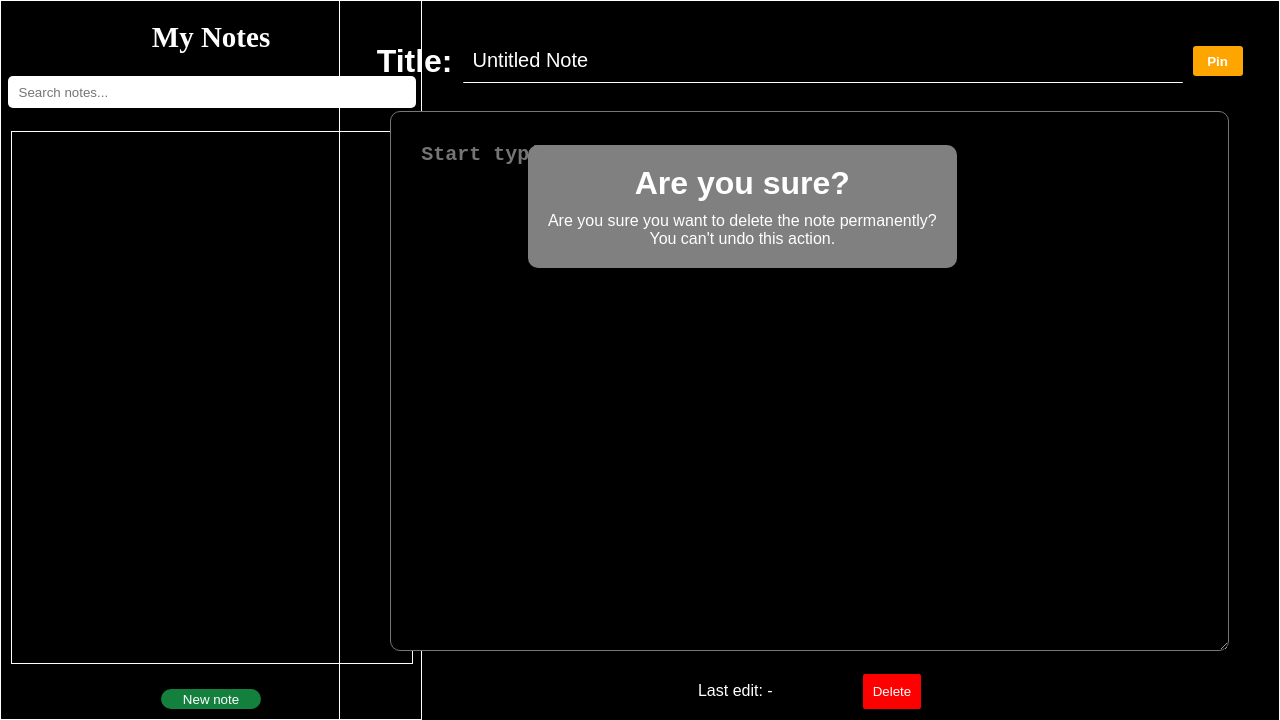
Repository: dmpelaez/myNotes
Page: QuickNotes.html
An editor plug-in stored every save of this project. The page is shown before and after the next save, followed by the edit.
The browser window is 1280 px wide. The pictures show the whole page.

Above is the page before, as saved 2025-12-18 22:01:08.

### QuickNotes.html
<!DOCTYPE html>

  <html>

    <head>

      <title>Quick Notes</title>

      <!--CSS LINK-->
      <link rel="stylesheet" href="QuickNotes.css">
    </head>
    <body>

      <!--Note section-->
      <aside class="aside-section">

        <!--My notes part-->
        <div class="myNotes">
          <p class="my-notes-text">My Notes</p>
        </div>
        <!--Search notes-->
        <div class="input-box">
          <input class="input" placeholder="Search notes...">
        </div>
        <!--Notes-->
        <div class="note-list"></div>
        <!--add button-->
        <button class="add-button">New note</button>

      </aside>

      <!---Typing section-->
      <main class="main-section">

        <!--Header-->
        <div class="header-section">
          <h1>Title:</h1>
          <input class="title-notes" placeholder="Untitled Note">
          <button class="pin-btn">Pin</button>
        </div>

        <!--text area-->
        <div class="texting-area">
          <textarea class="textarea" placeholder="Start typing..."></textarea>
        </div>

        <!---Delete button-->
        <div class="delete">
          <span class="edit">Last edit: -</span>
          <button class="delete-btn">Delete</button>
        </div>

        <div class="delete-confirm">

          <div class="modal-delete">
            <h1>Are you sure?</h1>
            <p class="sure-text">Are you sure you want to delete the note permanently?</p>
            You can't undo this action.
          </div>

        </div>

      </main>


    </body>

  </html>

### QuickNotes.css
body {
  margin: 0;
  padding: 0;
  background: black;
  box-sizing: border-box;
}
* {
  color: rgb(255, 255, 255);
}
.aside-section {
  border: 1px solid white;
  display: grid;
  width: 400px;
  position: fixed;
  bottom: 0;
  top: 0;
  grid-template-rows: 40px 30px 1fr 20px;
  padding: 10px;
  gap: 25px;

}

.my-notes-text {
  display: flex;
  margin: 0px;
  justify-self: center;
  align-self: center;
  margin-top: 10px;
}
.note-list {
  border: 1px solid white;
  width: 100%;
}

.my-notes-text {
  font-weight: bold;
  font-size: 29px;
}

.input {
  color: black;
  display: flex;
  align-self: center;
  justify-self: center;
  Width: 99%;
  height: 100%;
  border-radius: 5px;
  border: none;
  outline: none;
  padding-left: 10px;
  margin-left: 1px;
}
.input::placeholder {
  padding-left: 1px;

}

.add-button {
  width: 100px;
  display: flex;
  justify-self: center;
  background: rgb(19, 128, 61);
  border: none;
  border-radius: 10px;
  color: white;
  font-family: arial;
  align-items: center;
  justify-content: center;
  cursor: pointer;
}

.note-list {
  display: grid;
}

.main-section {
  position: fixed;
  left: 26.5%;
  border: 1px solid white;
  right: 0px;
  height: 100%;
  display: grid;
  grid-template-rows: 70px 1fr 30px;
  gap: 40px;

}

.header-section {
  display: flex;
  justify-self: center;
  align-self: center;
  gap: 10px;
  margin-top: 50px;
  align-items: center;
}
.title-notes {
  width: 700px;
  padding: 10px;
  border-radius: 1px;
  background: none;
  border: none;
  border-bottom: 1px solid white;
  outline: none;
 font-size: 20px;
 font-family: arial;
}

.title-notes::placeholder {
  color: white;
  font-family: arial;
  font-size: 20px;

}

.pin-btn {
  background: orange;
  border: none;
  border-radius: 3px;
  font-family: arial;
  font-weight: bold;
  width: 50px;
  height: 30px
}

.texting-area {
  display: flex;
  padding-right: 50px;
  padding-left: 50px;
}
.textarea {
  background: black;
  outline: none;
  display: flex;
  width: 100%;
  padding-left: 30px;
  padding-right: 80px;
  padding-top: 30px;
  line-height: 25px;
  font-size: 20px;
  font-weight: bold;
  border-radius: 10px;
}

.delete {
  display: flex;
  justify-content: center;
  align-items: center;
  gap: 90px;
  margin-bottom: 40px;

}
.delete-btn {
  background: red;
  border: none;
  border-radius: 2px;
  padding: 10px;
  cursor: pointer;
}
.edit {
  font-family: arial;
}

.delete-confirm {
  position: absolute;
  left: 20%;
  top: 20%;
  display: flex;
  background: gray;
  border-radius: 10px;
  flex-direction: column;
  align-items: center;
  justify-content: center;
  gap: 10px;
}
.modal-delete {
  padding: 20px;
  display: flex;
  flex-direction: column;
  align-items: center;
  font-family: arial;

}
h1 {
  display: flex;
  justify-self: center;
  margin: 0px;
  font-family: arial;
}
.sure-text {
  margin: 0px;
  margin-top: 10px;
  font-family: arial;
}

After the next save:
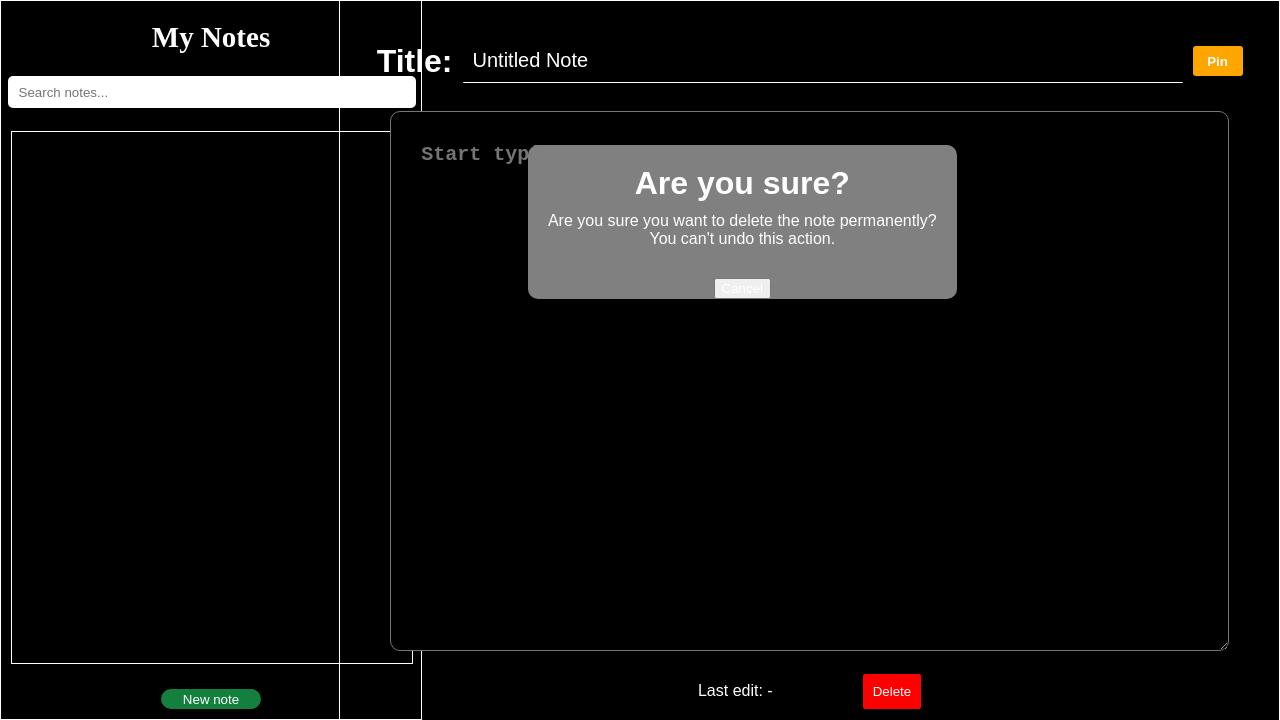
Saved 38 s later.
--- a/QuickNotes.html
+++ b/QuickNotes.html
@@ -58,6 +58,9 @@
             You can't undo this action.
           </div>
 
+          <!--delete and cancel button-->
+          <button class="cancel-btn">Cancel</button>
+
         </div>
 
       </main>
